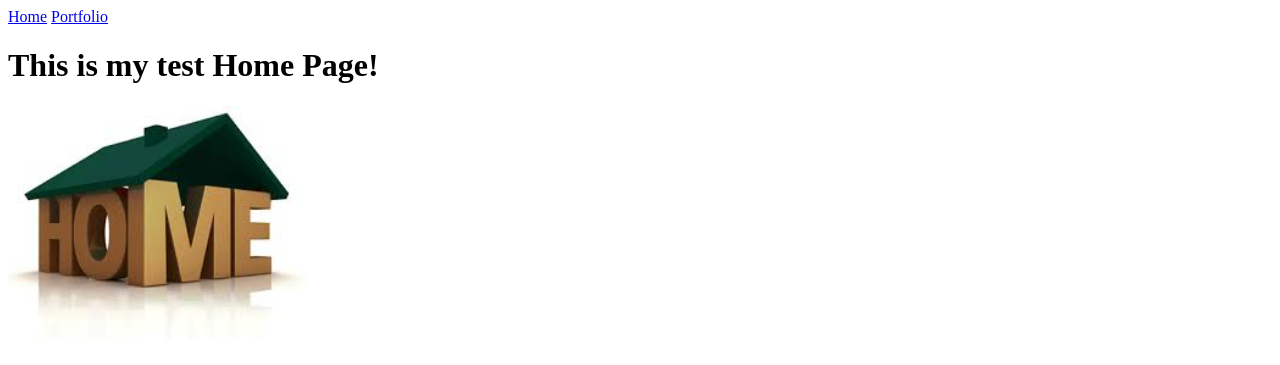
Repository: EMcmurray1862/emcmurray1862.github.io
Page: my_website/index.html
The author's editor kept a record of every edit. The page is drawn from the files as they stood at one moment, then again after the next edit.
The browser window is 1280 px wide. The pictures show the whole page.

Above is the page before.

### my_website/index.html
<!doctype html>
<html lang="en">
  <head>
    <meta charset="utf-8">
    <title>Home</title>
  </head>
  <body>
    <a href="index.html">Home</a>
    <a href="portfolio.html">Portfolio</a>
    <h1>This is my test Home Page!</h1>
    <img src="images/home.jpg" height="250">
  </body>
</html>

After the next edit:
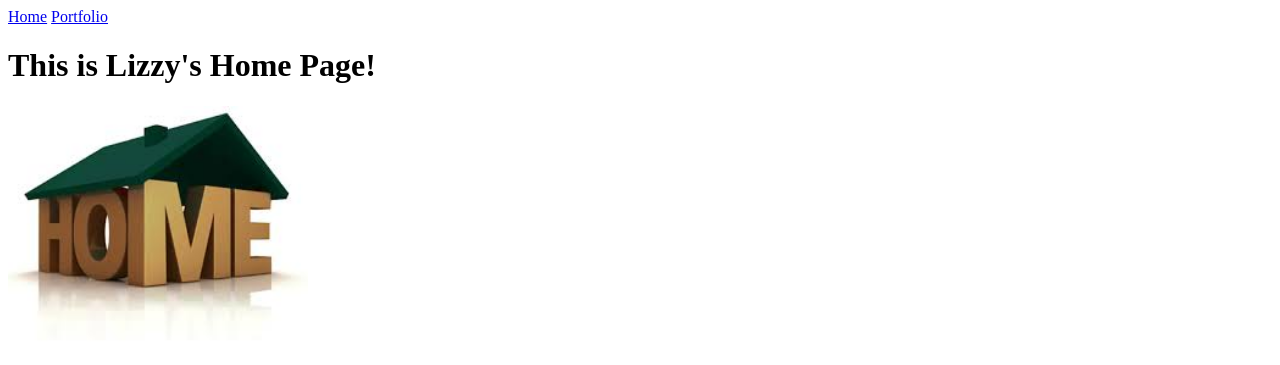
The edit:
--- a/my_website/index.html
+++ b/my_website/index.html
@@ -7,7 +7,7 @@
   <body>
     <a href="index.html">Home</a>
     <a href="portfolio.html">Portfolio</a>
-    <h1>This is my test Home Page!</h1>
+    <h1>This is Lizzy's Home Page!</h1>
     <img src="images/home.jpg" height="250">
   </body>
 </html>
